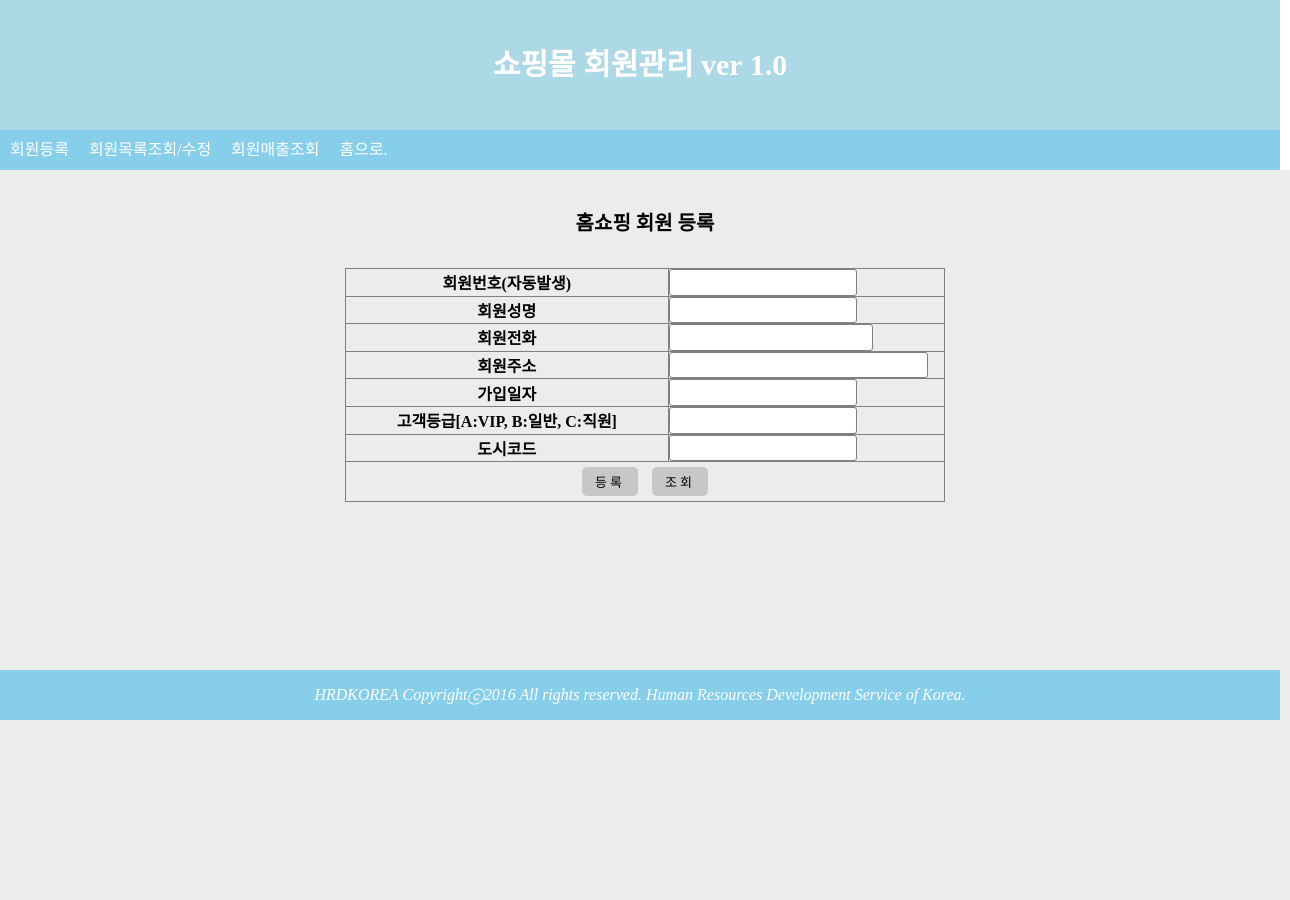
Repository: eunbiro/HRD_1236
Page: http://localhost/HRD_1234-easy/add.jsp
An editor plug-in stored every save of this project. The page is shown before and after the next save, followed by the edit.
The browser window is 1280 px wide. The page is 1290 px wide, so the pictures cover 1290 px, including what lies to the right of the window. The pictures show the whole page.
The page is served by Tomcat 9. Queries for data that is not in the repository find no rows.

Above is the page before, as saved 2022-12-23 07:15:25.

### HRD_1234-easy/src/main/webapp/add.jsp
<%@ page language="java" contentType="text/html; charset=UTF-8"
    pageEncoding="UTF-8"%>
<%@ page import="java.sql.*"%>
<!DOCTYPE html>
<html>
<head>
<meta charset="UTF-8">
<title>Insert title here</title>
<link rel="stylesheet" href="style.css">
<script type="text/javascript" src="script.js"></script>
</head>
<body>
	<%@ include file="topmenu.jsp" %>
	<section>
		<div class="title">홈쇼핑 회원 등록</div>
		<form name="frm" action="insert">
			<input type="hidden" id="GUBUN" value="insert" />
			<div class="wrapper">
				<table>
					<tr>
						<th>회원번호(자동발생)</th>
						<td>
							<%
							Class.forName("oracle.jdbc.OracleDriver");
							Connection con = DriverManager.getConnection
									("jdbc:oracle:thin:@//localhost:1521/xe","system","sys1234");
							Statement stmt = con.createStatement();		// 디비 커넥션 준비 끝
							%>
							<input type="text" name="custno" value="" readonly />
							<% %>
						</td>
					</tr>
					<tr>
						<th>회원성명</th>
						<td>
							<input type="text" name="custname" />
						</td>
					</tr>
					<tr>
						<th>회원전화</th>
						<td>
							<input type="text" name="phone" />
						</td>
					</tr>
					<tr>
						<th>회원주소</th>
						<td>
							<input type="text" name="address" />
						</td>
					</tr>
					<tr>
						<th>가입일자</th>
						<td>
							<input type="text" name="joindate" />
						</td>
					</tr>
					<tr>
						<th>고객등급[A:VIP, B:일반, C:직원]</th>
						<td>
							<input type="text" name="grade" />
						</td>
					</tr>
					<tr>
						<th>도시코드</th>
						<td>
							<input type="text" name="city" />
						</td>
					</tr>
					<tr>
						<td colspan="2">
							<button class="btn" type="submit" onclick="fn_submit(); return false;">등록</button>
							<button class="btn" type="button" onclick="location='list'">조회</button>
						</td>
					</tr>
				</table>
			</div>
		</form>
	</section>
	<%@ include file="footer.jsp" %>
</body>
</html>

### HRD_1234-easy/src/main/webapp/topmenu.jsp
<%@ page language="java" contentType="text/html; charset=UTF-8"
    pageEncoding="UTF-8"%>
<!DOCTYPE html>
<html>
<head>
<meta charset="UTF-8">
<title>쇼핑몰 회원관리 ver 1.0</title>
</head>
<body>
	<header>쇼핑몰 회원관리 ver 1.0</header>
	<nav>
		<ul>
			<li><a href="add.jsp">회원등록</a></li>
			<li><a href="list.jsp">회원목록조회/수정</a></li>
			<li><a href="result.jsp">회원매출조회</a></li>
			<li><a href="index.jsp">홈으로.</a></li>
		</ul>
	</nav>
</body>
</html>

### HRD_1234-easy/src/main/webapp/footer.jsp
<%@ page language="java" contentType="text/html; charset=UTF-8"
    pageEncoding="UTF-8"%>
<!DOCTYPE html>
<html>
<head>
<meta charset="UTF-8">
<title>Insert title here</title>
</head>
<body>
	<footer>
		HRDKOREA Copyrightⓒ2016 All rights reserved. Human Resources Development Service of Korea.
	</footer>
</body>
</html>

### HRD_1234-easy/src/main/webapp/style.css
@charset "UTF-8";

* {
	margin: 0;
	padding: 0;
}

header {
	top: 0;
	height: 130px;
	line-height: 130px;
	width: 100%;
	background: lightblue;
	text-align: center;
	font-size: 30px;
	font-weight: 900;
	color: #fff;
}

nav ul {
	height: 40px;
	line-height: 40px;
	width: 100%;
	background: skyblue;
	overflow: hidden;
}

nav ul li {
	float: left;
	list-style: none;
	padding: 0 10px;
}

a {
	text-decoration: none;
	color: #fff;
}

/*
a:hover {
	cursor: pointer;
}
*/

section {
	padding: 5px;
	position: absolute;
	overflow: auto;
	width: 100%;
	height: 100%;
	background: #ececec;
}

section h3 {
	margin: 15px 0;
	width: 100%;
	text-align: center;
	font-size: 20px;
}

.title {
	font-size: 20px;
	font-weight: 900;
	text-align: center;
	margin: 2rem;
}

.wrapper {
	display: flex;
	justify-content: center;
	align-items: center;
	text-align: center;
}

table {
	width: 600px;
}

table, tr, td, th {
	border: 1px solid gray;
	border-collapse: collapse;
}

td input {
	float: left;
	padding: 0.3rem;
	border: 1px solid gray;
	border-radius: 3px;
}

td input[name=phone] {
   width: 70%;
}

td input[name=address] {
   width: 90%;
}

.btn {
	margin: 5px;
	padding: 5px 13px;
	font-size: 13px;
	letter-spacing: 3px;
	border: none;
	border-radius: 5px;
	background: #c7c7c7;
}

footer {
	position: fixed;
	bottom: 0;
	width: 100%;
	height: 50px;
	line-height: 50px;
	text-align: center;
	background: skyblue;
	color: #fff;
	font-style: italic;
}

### HRD_1234-easy/src/main/webapp/script.js
function fn_submit() {
	var fn = document.frm;

	if (fn.custname.value == "") {			// input값이 빈값인지 체크
		alert("회원성명이 입력되지 않았습니다.");
		fn.custname.focus();				// 포커싱주기
		return false;						// 함수 끝내기
	}

	if (fn.phone.value == "") {				// input값이 빈값인지 체크
		alert("회원전화가 입력되지 않았습니다.");
		fn.phone.focus();					// 포커싱주기
		return false;						// 함수 끝내기
	}

	if (fn.address.value == "") {			// input값이 빈값인지 체크
		alert("회원주소가 입력되지 않았습니다.");
		fn.address.focus();					// 포커싱주기
		return false;						// 함수 끝내기
	}

	if (fn.joindate.value == "") {			// input값이 빈값인지 체크
		alert("가입일자가 입력되지 않았습니다.");
		fn.joindate.focus();				// 포커싱주기
		return false;						// 함수 끝내기
	}

	if (fn.grade.value == "") {				// input값이 빈값인지 체크
		alert("고객등급이 입력되지 않았습니다.");
		fn.grade.focus();					// 포커싱주기
		return false;						// 함수 끝내기
	}

	if (fn.city.value == "") {				// input값이 빈값인지 체크
		alert("도시코드가 입력되지 않았습니다.");
		fn.city.focus();					// 포커싱주기
		return false;						// 함수 끝내기
	}

	fn.submit();							// 컨트롤러에 전송
}

After the next save:
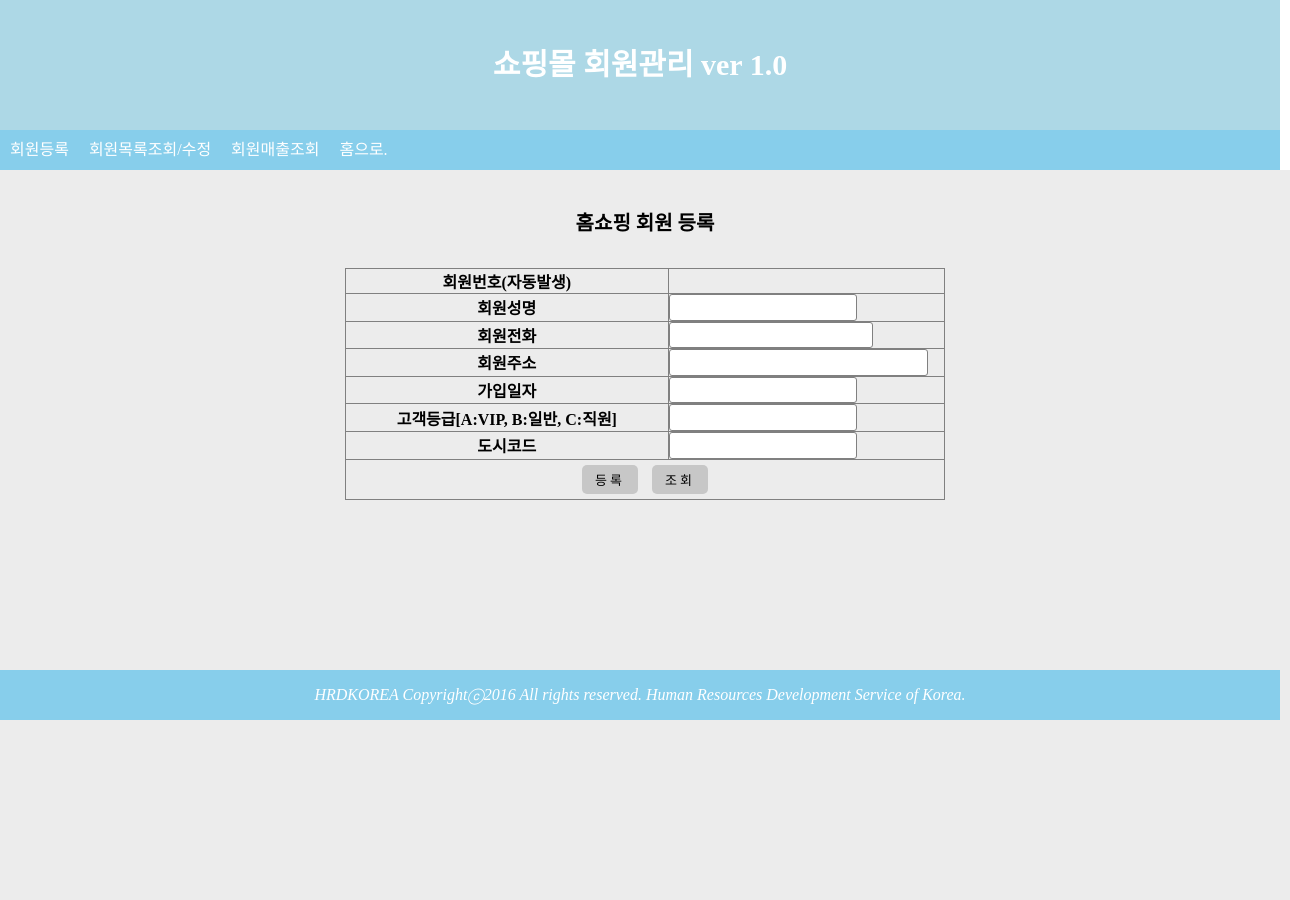
Saved 2 min 32 s later.
--- a/HRD_1234-easy/src/main/webapp/add.jsp
+++ b/HRD_1234-easy/src/main/webapp/add.jsp
@@ -25,9 +25,14 @@
 							Connection con = DriverManager.getConnection
 									("jdbc:oracle:thin:@//localhost:1521/xe","system","sys1234");
 							Statement stmt = con.createStatement();		// 디비 커넥션 준비 끝
+
+							String sql = "select max(custno)+1 custno from member_tbl_02";
+							ResultSet rs = stmt.executeQuery(sql);		// 쿼리실행
+
+							if(rs.next()) {
 							%>
-							<input type="text" name="custno" value="" readonly />
-							<% %>
+							<input type="text" name="custno" value="<%=rs.getInt(1) %>>" readonly />
+							<%} %>
 						</td>
 					</tr>
 					<tr>
